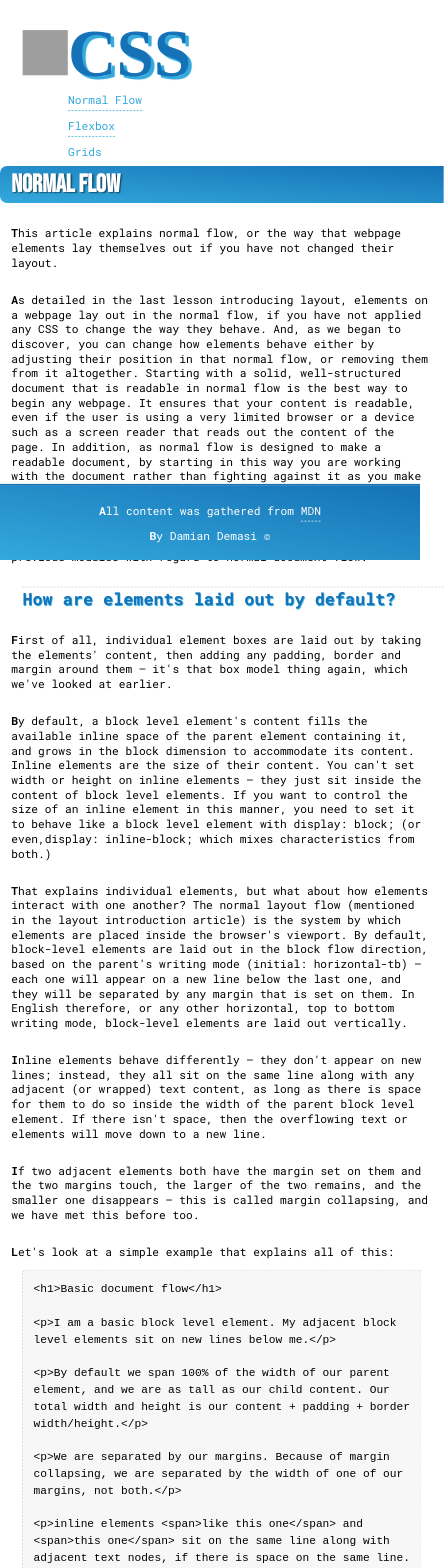
Repository: Colo-Codes/freecodecamp-04-Technical-Documentation-Page
Page: index.html
The author's editor kept a copy of each file at every save. The page is drawn from the files as they stood at one save, then again after the next save.
The browser window is 600 px wide. The page is 635 px wide, so the pictures cover 635 px, including what lies to the right of the window. The pictures show the part of the page from y = 0 to 2240 px (the page is 8189 px tall before and 8197 px after), at 70% of full size.
Pictures or frames that could not be fetched are drawn as grey boxes. Some web fonts or font styles are not loaded; a fallback is used.

Above is the page before, as saved 2021-05-22 09:20:35.

### index.html
<!DOCTYPE html>
<html lang="en">

<head>
    <meta charset="UTF-8">
    <meta http-equiv="X-UA-Compatible" content="IE=edge">
    <meta name="viewport" content="width=device-width, initial-scale=1.0">
    <link rel="stylesheet" href="./resources/css/index.css" type="text/css">
    <link rel="preconnect" href="https://fonts.gstatic.com">
    <link
        href="https://fonts.googleapis.com/css2?family=Bebas+Neue&family=Pattaya&family=Roboto+Mono:wght@100;400;700&display=swap"
        rel="stylesheet">

    <title>CSS Technical Documentation</title>
</head>

<body>
    <div id="flex-container">
        <header id="navbar-block">
            <img id="navbar-image" src="./resources/img/file_type_css_icon_130661.png" alt="CSS3 logo in blue">
            <nav id="navbar">
                <!-- On the left of screen, fixed (visible) -->
                <header>
                    <h1>CSS</h1>
                </header>
                <ul>
                    <li><a href="#Normal_Flow" class="nav-link">Normal Flow</a></li>
                    <li><a href="#Flexbox" class="nav-link">Flexbox</a></li>
                    <li><a href="#Grids" class="nav-link">Grids</a></li>
                    <li><a href="#Floats" class="nav-link">Floats</a></li>
                    <li><a href="#Positioning" class="nav-link">Positioning</a></li>
                </ul>
            </nav>
        </header>
        <main id="main-doc">
            <section class="main-section" id="Normal_Flow">
                <header class="section-header">
                    <h2>Normal Flow</h2>
                </header>
                <p>This article explains normal flow, or the way that webpage elements lay themselves out if you have
                    not
                    changed their
                    layout.</p>
                <p>As detailed in the last lesson introducing layout, elements on a webpage lay out in the normal flow,
                    if
                    you have not
                    applied any CSS to change the way they behave. And, as we began to discover, you can change how
                    elements
                    behave
                    either by adjusting their position in that normal flow, or removing them from it altogether.
                    Starting
                    with a solid,
                    well-structured document that is readable in normal flow is the best way to begin any webpage. It
                    ensures that your
                    content is readable, even if the user is using a very limited browser or a device such as a screen
                    reader that reads
                    out the content of the page. In addition, as normal flow is designed to make a readable document, by
                    starting in
                    this way you are working with the document rather than fighting against it as you make changes to
                    the
                    layout.</p>
                <p>Before digging deeper into different layout methods, it is worth revisiting some of the things you
                    will
                    have studied
                    in previous modules with regard to normal document flow.</p>
                <h3>How are elements laid out by default?</h3>
                <p>First of all, individual element boxes are laid out by taking the elements' content, then adding any
                    padding, border
                    and margin around them — it's that box model thing again, which we've looked at earlier.
                </p>
                <p>By default, a block level element's content fills the available inline space of the parent element
                    containing it,
                    and grows in the block dimension to accommodate its content. Inline elements are the size of their
                    content. You
                    can't set width or height on inline elements — they just sit inside the content of block level
                    elements.
                    If you want
                    to control the size of an inline element in this manner, you need to set it to behave like a block
                    level
                    element
                    with display: block; (or even,display: inline-block; which mixes characteristics from both.)
                </p>
                <p>That explains individual elements, but what about how elements interact with one another? The normal
                    layout flow
                    (mentioned in the layout introduction article) is the system by which elements are placed inside the
                    browser's
                    viewport. By default, block-level elements are laid out in the block flow direction, based on the
                    parent's writing
                    mode (initial: horizontal-tb) — each one will appear on a new line below the last one, and they will
                    be
                    separated by
                    any margin that is set on them. In English therefore, or any other horizontal, top to bottom writing
                    mode,
                    block-level elements are laid out vertically.
                </p>
                <p>Inline elements behave differently — they don't appear on new lines; instead, they all sit on the
                    same
                    line along
                    with any adjacent (or wrapped) text content, as long as there is space for them to do so inside the
                    width of the
                    parent block level element. If there isn't space, then the overflowing text or elements will move
                    down
                    to a new
                    line.
                </p>
                <p>If two adjacent elements both have the margin set on them and the two margins touch, the larger of
                    the
                    two remains,
                    and the smaller one disappears — this is called margin collapsing, and we have met this before too.
                </p>
                <p>Let's look at a simple example that explains all of this:</p>
                <code>&lt;h1&gt;Basic document flow&lt;/h1&gt;

&lt;p&gt;I am a basic block level element. My adjacent block level elements sit on new lines below me.&lt;/p&gt;

&lt;p&gt;By default we span 100% of the width of our parent element, and we are as tall as our child content. Our total width and height is our content + padding + border width/height.&lt;/p&gt;

&lt;p&gt;We are separated by our margins. Because of margin collapsing, we are separated by the width of one of our margins, not both.&lt;/p&gt;

&lt;p&gt;inline elements &lt;span&gt;like this one&lt;/span&gt; and &lt;span&gt;this one&lt;/span&gt; sit on the same line along with adjacent text nodes, if there is space on the same line. Overflowing inline elements will &lt;span&gt;wrap onto a new line if possible (like this one containing text)&lt;/span&gt;, or just go on to a new line if not, much like this image will do: &lt;img src="https://mdn.mozillademos.org/files/13360/long.jpg"&gt;&lt;/p&gt;</code>
                <code>body {
    width: 500px;
    margin: 0 auto;
}

p {
    background: rgba(255,84,104,0.3);
    border: 2px solid rgb(255,84,104);
    padding: 10px;
    margin: 10px;
}

span {
    background: white;
    border: 1px solid black;
}</code>


            </section>

            <section class="main-section" id="Flexbox">
                <header class="section-header">
                    <h2>Flexbox</h2>
                </header>
                <p>Flexbox is a one-dimensional layout method for laying out items in rows or columns. Items flex to
                    fill
                    additional space and shrink to fit into smaller spaces. This article explains all the fundamentals.
                </p>
                <h3>Why Flexbox?</h3>
                <p>For a long time, the only reliable cross browser-compatible tools available for creating CSS layouts
                    were
                    things like floats and positioning. These are fine, and they work, but in some ways they are also
                    rather
                    limiting and frustrating.</p>
                <p>The following simple layout requirements are either difficult or impossible to achieve with such
                    tools,
                    in any kind of convenient, flexible way:</p>
                <ul>
                    <li>Vertically centering a block of content inside its parent.</li>
                    <li>Making all the children of a container take up an equal amount of the available width/height,
                        regardless of how much width/height is available.</li>
                    <li>Making all columns in a multiple-column layout adopt the same height even if they contain a
                        different amount of content.</li>
                </ul>
                <p>As you'll see in subsequent sections, flexbox makes a lot of layout tasks much easier. Let's dig in!
                </p>
                <h3>Specifying what elements to lay out as flexible boxes</h3>
                <code>section {
    display: flex;
}</code>


            </section>

            <section class="main-section" id="Grids">
                <header class="section-header">
                    <h2>Grids</h2>
                </header>
                <p>CSS Grid Layout is a two-dimensional layout system for the web. It lets you lay content out in rows
                    and
                    columns, and has many features that make building complex layouts straightforward. This article will
                    give you all you need to know to get started with page layout.</p>
                <h3>What is grid layout?</h3>
                <p>A grid is a collection of horizontal and vertical lines creating a pattern against which we can line
                    up
                    our design elements. They help us to create designs where elements don’t jump around or change width
                    as
                    we move from page to page, providing greater consistency on our websites.</p>
                <p>A grid will typically have columns, rows, and then gaps between each row and column — commonly
                    referred
                    to as gutters.</p>
                <h3>Defining a grid</h3>
                <p>As a starting point, download and open the starting point file in your text editor and browser (you
                    can
                    also see it live here). You will see an example with a container, which has some child items. By
                    default
                    these display in normal flow so the boxes display one below the other. We will be working with this
                    file
                    for the first part of this lesson, making changes to see how grid behaves.</p>
                <p>To define a grid we use the grid value of the display property. As with Flexbox, this switches on
                    Grid
                    Layout, and all of the direct children of the container become grid items. Add this to the CSS
                    inside
                    your file:</p>
                <code>.container {
    display: grid;
}</code>
                <p>Unlike flexbox, the items will not immediately look any different. Declaring display: grid gives you
                    a
                    one column grid, so your items will continue to display one below the other as they do in normal
                    flow.
                </p>
                <p>We can place things according to these lines by specifying the start and end line. We do this using
                    the
                    following properties:</p>
                <ul>
                    <li>grid-column-start</li>
                    <li>grid-column-end</li>
                    <li>grid-row-start</li>
                    <li>grid-row-end</li>
                </ul>

            </section>

            <section class="main-section" id="Floats">
                <header class="section-header">
                    <h2>Floats</h2>
                </header>
                <p>Originally for floating images inside blocks of text, the float property became one of the most
                    commonly
                    used tools for creating multiple column layouts on webpages. With the advent of flexbox and grid it
                    has
                    now returned to its original purpose, as this article explains.</p>
                <h3>The background of floats</h3>
                <p>The float property was introduced to allow web developers to implement simple layouts involving an
                    image
                    floating inside a column of text, with the text wrapping around the left or right of it. The kind of
                    thing you might get in a newspaper layout.</p>
                <p>But web developers quickly realized that you can float anything, not just images, so the use of float
                    broadened, for example to fun layout effects such as drop-caps.</p>
                <p>Floats have commonly been used to create entire web site layouts featuring multiple columns of
                    information floated so they sit alongside one another (the default behavior would be for the columns
                    to
                    sit below one another, in the same order as they appear in the source). There are newer, better
                    layout
                    techniques available and so use of floats in this way should be regarded as a legacy technique.</p>
                <h3>A simple float example</h3>
                <p>Let's explore how to use floats. We'll start with a really simple example involving floating a block
                    of
                    text around an element. You can follow along by creating a new index.html file on your computer,
                    filling
                    it with a simple HTML template, and inserting the below code into it at the appropriate places. At
                    the
                    bottom of the section, you can see a live example of what the final code should look like.</p>
                <p>First, we'll start off with some simple HTML — add the following to your HTML body, removing anything
                    that was inside there before:</p>
                <code>&lt;h1&gt;Simple float example&lt;/h1&gt;

&lt;div class="box"&gt;Float&lt;/div&gt;

&lt;p&gt;Lorem ipsum dolor sit amet, consectetur adipiscing elit. Nulla luctus aliquam dolor, eu lacinia lorem placerat vulputate. Duis felis orci, pulvinar id metus ut, rutrum luctus orci. Cras porttitor imperdiet nunc, at ultricies tellus laoreet sit amet. &lt;/p&gt;

&lt;p&gt;Sed auctor cursus massa at porta. Integer ligula ipsum, tristique sit amet orci vel, viverra egestas ligula. Curabitur vehicula tellus neque, ac ornare ex malesuada et. In vitae convallis lacus. Aliquam erat volutpat. Suspendisse ac imperdiet turpis. Aenean finibus sollicitudin eros pharetra congue. Duis ornare egestas augue ut luctus. Proin blandit quam nec lacus varius commodo et a urna. Ut id ornare felis, eget fermentum sapien.&lt;/p&gt;

&lt;p&gt;Nam vulputate diam nec tempor bibendum. Donec luctus augue eget malesuada ultrices. Phasellus turpis est, posuere sit amet dapibus ut, facilisis sed est. Nam id risus quis ante semper consectetur eget aliquam lorem. Vivamus tristique elit dolor, sed pretium metus suscipit vel. Mauris ultricies lectus sed lobortis finibus. Vivamus eu urna eget velit cursus viverra quis vestibulum sem. Aliquam tincidunt eget purus in interdum. Cum sociis natoque penatibus et magnis dis parturient montes, nascetur ridiculus mus.&lt;/p&gt;</code>
                <p>Now apply the following CSS to your HTML (using a &lt;style&gt; element or a
                    <link> to a separate .css file — your choice):
                </p>
                <code>body {
    width: 90%;
    max-width: 900px;
    margin: 0 auto;
    font: .9em/1.2 Arial, Helvetica, sans-serif
}

.box {
    width: 150px;
    height: 100px;
    border-radius: 5px;
    background-color: rgb(207,232,220);
    padding: 1em;
}</code>

            </section>

            <section class="main-section" id="Positioning">
                <header class="section-header">
                    <h2>Positioning</h2>
                </header>
                <p>Positioning allows you to take elements out of the normal document layout flow, and make them behave
                    differently; for example sitting on top of one another, or always remaining in the same place inside
                    the
                    browser viewport. This article explains the different position values, and how to use them.</p>
                <ul>
                    <li>Default value: static</li>
                    <li>Inherited: no</li>
                    <li>Animatable: no. Read about animatable</li>
                    <li>Version: CSS2</li>
                    <li>JavaScript syntax: object.style.position="absolute"</li>
                </ul>
                <h3>Introducing positioning</h3>
                <p>The whole idea of positioning is to allow us to override the basic document flow behavior described
                    above, to produce interesting effects. What if you want to slightly alter the position of some boxes
                    inside a layout from their default layout flow position, to give a slightly quirky, distressed feel?
                    Positioning is your tool. Or if you want to create a UI element that floats over the top of other
                    parts
                    of the page, and/or always sits in the same place inside the browser window no matter how much the
                    page
                    is scrolled? Positioning makes such layout work possible.</p>
                <h3>Static positioning</h3>
                <p>Static positioning is the default that every element gets — it just means "put the element into its
                    normal position in the document layout flow — nothing special to see here."</p>
                    <p></p>
            </section>
        </main>
    </div>
    <footer>
        <p>All content was gathered from <a href="https://developer.mozilla.org/en-US/docs/Learn/CSS/CSS_layout"
                target="_blank">MDN</a></p>
        <p>By Damian Demasi &copy;</p>
    </footer>
</body>

</html>

### resources/css/index.css
/* Reset */
html {
    box-sizing: border-box;
    font-size: 16px;
    font-family: 'Roboto Mono', Arial, Helvetica, sans-serif;
}

*, *:before, *:after {
    box-sizing: inherit;
    margin: 0;
    padding: 0;
}

/* Main flexbox */

@media screen and (min-width: 700px) {
    #flex-container {
        position: relative;
        display: flex;
        justify-content: center;
        align-items: baseline;
        /* flex-flow: wrap; FIXME */
        /* overflow: scroll; FIXME */

    }
    #navbar-image {
        width: 150px;
    }
}

@media screen and (max-width: 699px) {
    #flex-container {
        /* position: relative; */
        display: flex;
        flex-direction: column;
        /* flex-flow: wrap; */
        /* overflow: scroll; FIXME */
    }
    ul {
        height: 6rem;
        overflow: scroll;
    }
    #navbar-block {
        display: flex;
        align-items: baseline;
    }
    #navbar-image {
        width: 65px;
        height: 65px;
    }
    #navbar {
        flex: 1;
    }
}

#main-doc {
    align-self: flex-start;
    max-width: 1000px;
    /* Not doing anything: */
    /* flex-shrink: 1; */
    /* background-color: teal; FIXME */
}

/* Navbar */
#navbar-block {
    position: sticky;
    top: 20px;
    margin: 0 2rem;
    /* outline: 1px solid red; */
    /* flex: 1; */
}
#navbar-image {
    margin: 0 auto;
}
#navbar ul li {
    list-style-type: none;
    margin-bottom: 1rem;
}
.nav-link:link, .nav-link:visited  {
    text-decoration: none;
    border-bottom: 1px dashed #33A9DC;
    padding-bottom: 5px;
    color: #33A9DC;
}
.nav-link:focus, .nav-link:hover  {
    border-bottom: 2px solid #1572B6;
    padding-bottom: 5px;
    color: #1572B6;
}
.nav-link:active  {
    border-bottom: 2px solid #1572B6;
    padding-bottom: 5px;
    color: #1572B6;
}
#navbar h1 {
    font-family: 'Pattaya', 'Times New Roman', Times, serif;
    font-size: 6rem;
    color: #1572B6;
    text-shadow: #33A9DC 5px 5px 1px;
}
/* Main content */

.section-header {
    position: sticky;
    top: 0px;
    color: white;
    text-shadow: 2px 2px 2px rgba(0, 0, 0, .5);
    padding: 5px 0 5px 1rem;
    background: #33A9DC;  /* fallback for old browsers */
    background: -webkit-linear-gradient(to bottom left, #1572B6, #33A9DC);  /* Chrome 10-25, Safari 5.1-6 */
    background: linear-gradient(to bottom left, #1572B6, #33A9DC); /* W3C, IE 10+/ Edge, Firefox 16+, Chrome 26+, Opera 12+, Safari 7+ */
    font-family: 'Bebas Neue', sans-serif;
    text-transform: uppercase;
    font-size: 1.5rem;
    border-radius: 10px 0 0 10px;
    margin: 30px 0 0 0;
}

p {
    margin: 2rem 1rem 0 1rem;

}

p::first-letter {
    font-weight: bold;
}

h3 {
    margin: 2rem 0 0 2rem;
    font-size: 1.5rem;
    border-top: 1px dashed rgba(0, 0, 0, .2);
    color: #1572B6;
    text-shadow: #33A9DC 1px 1px 1px;

}

/* Code content */
code {
    display: block;
  text-align: left;
  white-space: pre-wrap;
  word-break: normal;
  word-wrap: normal;
  line-height: 1.5;
  background-color: #f7f7f7;
  padding: 15px;
  margin: 1rem 2rem 1rem 2rem;
  border-radius: 5px;
  border: 1px dashed rgba(0, 0, 0, .2)
}

/* Unordered lists */
.main-section ul {
    margin: 1rem 0 2rem 4rem;
    list-style-image: url(../img/chevron_right_round-48_46769.png);
}

/* Footer */
footer {
    position: sticky;
    bottom: 0;
    background: #33A9DC;  /* fallback for old browsers */
    background: -webkit-linear-gradient(to bottom left, #1572B6, #33A9DC);  /* Chrome 10-25, Safari 5.1-6 */
    background: linear-gradient(to bottom left, #1572B6, #33A9DC); /* W3C, IE 10+/ Edge, Firefox 16+, Chrome 26+, Opera 12+, Safari 7+ */
    color: white;
    text-align: center;
    padding: .5rem 0;
    border-top: #1572B6 3px solid;
}
footer a:link, footer a:visited  {
    text-decoration: none;
    border-bottom: 1px dashed #f7f7f7;
    padding-bottom: 5px;
    color: #f7f7f7;
}
footer a:focus, footer a:hover  {
    border-bottom: 2px solid #d8d8d8;
    padding-bottom: 5px;
    color: #d8d8d8;
}
footer a:active  {
    border-bottom: 2px solid #d8d8d8;
    padding-bottom: 5px;
    color: #d8d8d8;
}
footer p {
    margin: 1rem 0;
}

After the next save:
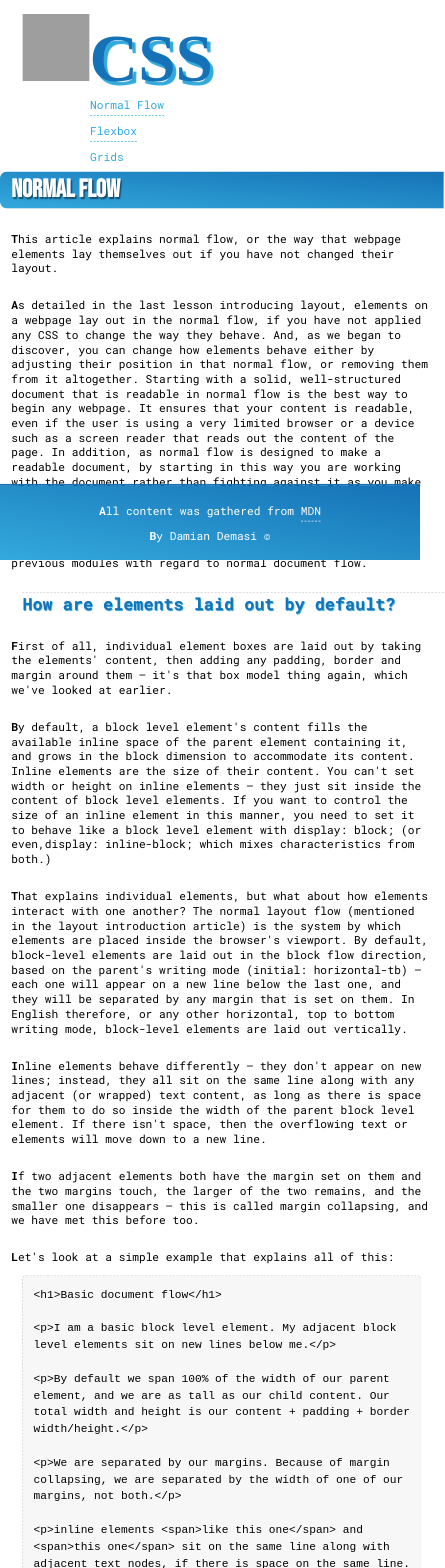
Saved 23 s later.
--- a/resources/css/index.css
+++ b/resources/css/index.css
@@ -45,8 +45,8 @@
         align-items: baseline;
     }
     #navbar-image {
-        width: 65px;
-        height: 65px;
+        width: 6rem;
+        height: 6rem;
     }
     #navbar {
         flex: 1;

After the save that followed:
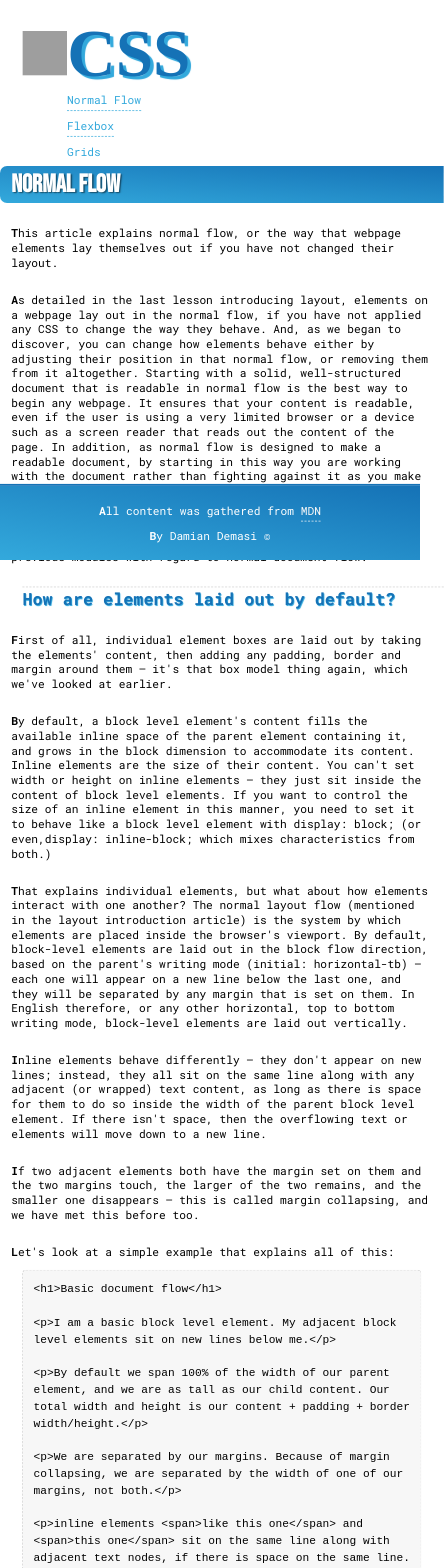
Saved 6 s later.
--- a/resources/css/index.css
+++ b/resources/css/index.css
@@ -45,8 +45,8 @@
         align-items: baseline;
     }
     #navbar-image {
-        width: 6rem;
-        height: 6rem;
+        width: 4rem;
+        height: 4rem;
     }
     #navbar {
         flex: 1;
